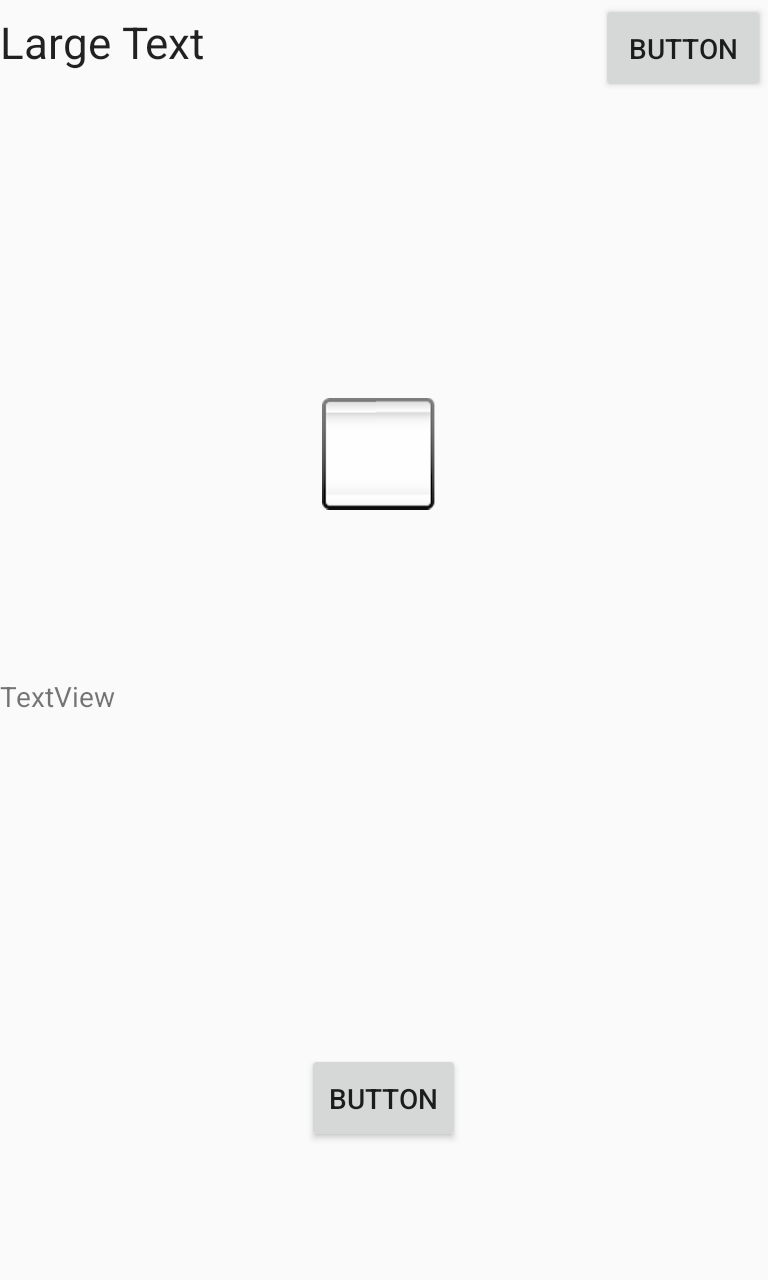
Repository: Prvnpn216/MegaStore
Layout: MarketPlace/marketPlace/res/layout/activity_offerpage.xml
The author's editor kept a copy of each file at every save. The layout is drawn from the files as they stood at one save, then again after the next save.
It is drawn on a 768 x 1280 px phone screen (xhdpi) without system bars, with theme AppTheme; the app's code is not run.

Above is the layout before, as saved 2015-04-14 18:44:05.

### MarketPlace/marketPlace/res/layout/activity_offerpage.xml
<LinearLayout xmlns:android="http://schemas.android.com/apk/res/android"
    android:layout_width="fill_parent"
    android:layout_height="fill_parent"
    android:orientation="vertical" >

    <LinearLayout
        android:layout_width="match_parent"
        android:layout_height="wrap_content"
        android:layout_weight="1" >

        <TextView
            android:id="@+id/textView2"
            android:layout_width="wrap_content"
            android:layout_height="wrap_content"
            android:layout_weight="10"
            android:text="Large Text"
            android:textAppearance="?android:attr/textAppearanceLarge" />

        <Button
            android:id="@+id/button1"
            style="?android:attr/buttonStyleSmall"
            android:layout_width="wrap_content"
            android:layout_height="wrap_content"
            android:layout_weight=".3"
            android:text="Button" />

    </LinearLayout>

    <LinearLayout
        android:layout_width="match_parent"
        android:layout_height="wrap_content"
        android:layout_weight="5"
        android:orientation="vertical" >

        <ImageView
            android:id="@+id/imageView1"
            android:layout_width="wrap_content"
            android:layout_height="wrap_content"
            android:layout_gravity="center_horizontal"
            android:layout_weight=".5"
            android:src="@android:drawable/spinner_background" />

        <ScrollView
            android:id="@+id/textscroll"
            android:layout_width="fill_parent"
            android:layout_height="wrap_content"
            android:layout_weight=".5" >

            <TextView
                android:id="@+id/textView1"
                android:layout_width="fill_parent"
                android:layout_height="wrap_content"
                android:text="TextView" />
        </ScrollView>
    </LinearLayout>

    <LinearLayout
        android:layout_width="match_parent"
        android:layout_height="wrap_content"
        android:layout_weight="1"
        android:orientation="vertical" >

        <Button
            android:id="@+id/button2"
            style="?android:attr/buttonStyleSmall"
            android:layout_width="wrap_content"
            android:layout_height="wrap_content"
            android:layout_gravity="center_horizontal"
            android:text="Button" />
    </LinearLayout>

</LinearLayout>

Loaded but not shown: MarketPlace/marketPlace/res/values/styles.xml (common file); MarketPlace/marketPlace/res/values-v11/styles.xml (common file); MarketPlace/marketPlace/res/values-v14/styles.xml (common file)

After the next save:
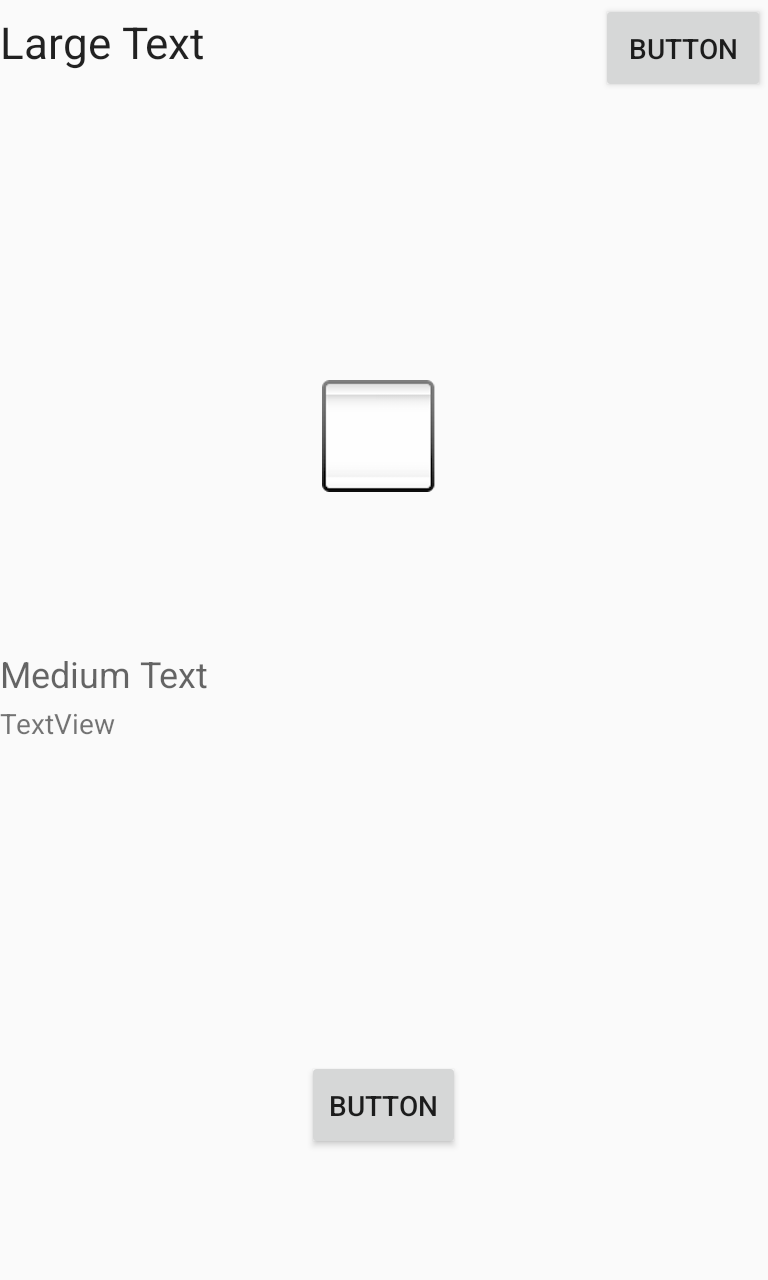
Saved 4 min 27 s later.
--- a/MarketPlace/marketPlace/res/layout/activity_offerpage.xml
+++ b/MarketPlace/marketPlace/res/layout/activity_offerpage.xml
@@ -40,6 +40,14 @@
             android:layout_weight=".5"
             android:src="@android:drawable/spinner_background" />
 
+        <TextView
+            android:id="@+id/textView3"
+            android:layout_width="fill_parent"
+            android:layout_height="wrap_content"
+            android:layout_weight=".01"
+            android:text="Medium Text"
+            android:textAppearance="?android:attr/textAppearanceMedium" />
+
         <ScrollView
             android:id="@+id/textscroll"
             android:layout_width="fill_parent"
